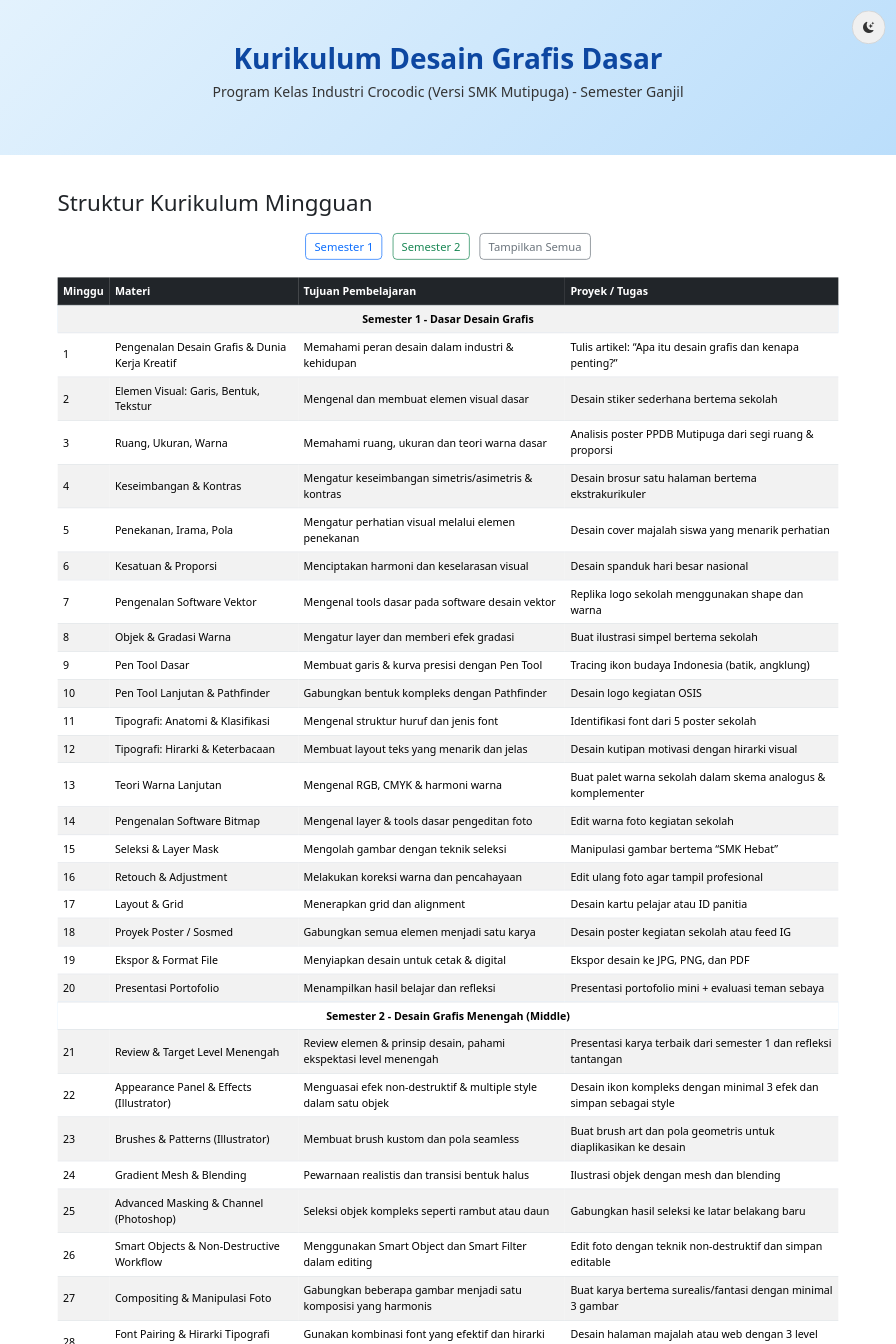
Repository: ppdbsmkmutipuga/kurikulumdesain
Page: index.html
The author's editor kept a copy of each file at every save. The page is drawn from the files as they stood at one save, then again after the next save.
The browser window is 1280 px wide. The pictures show the part of the page from y = 0 to 1920 px (the page is 2789 px tall before and 2843 px after), at 70% of full size.

Above is the page before, as saved 2025-07-01 04:40:39.

### index.html
<!DOCTYPE html>
<html lang="id">

<head>
    <meta charset="UTF-8" />
    <meta name="viewport" content="width=device-width, initial-scale=1.0" />
    <title>Kurikulum Desain Grafis - SMK Mutipuga</title>
    <link href="https://cdn.jsdelivr.net/npm/bootstrap@5.3.3/dist/css/bootstrap.min.css" rel="stylesheet" />
    <link href="https://cdnjs.cloudflare.com/ajax/libs/aos/2.3.4/aos.css" rel="stylesheet" />
    <link href="https://cdn.jsdelivr.net/npm/bootstrap-icons@1.10.5/font/bootstrap-icons.css" rel="stylesheet">
    <link rel="stylesheet" href="style.css">
    <script src="https://cdnjs.cloudflare.com/ajax/libs/html2pdf.js/0.10.1/html2pdf.bundle.min.js"></script>

</head>

<body>
    <button class="btn btn-outline-dark mode-toggle" onclick="toggleMode()">
        <i class="bi bi-moon-stars-fill"></i>
    </button>

    <!-- Hero Section -->
    <section class="hero" data-aos="fade-down">
        <div class="container">
            <h1>Kurikulum Desain Grafis Dasar</h1>
            <p class="lead">Program Kelas Industri Crocodic (Versi SMK Mutipuga) - Semester Ganjil</p>
        </div>
    </section>

    <!-- Table Section -->
    <section class="container my-5" data-aos="fade-up">
        <h2 class="section-title">Struktur Kurikulum Mingguan</h2>
        <div class="filter-buttons">
            <button class="btn btn-outline-primary" onclick="filterSemester(1)">Semester 1</button>
            <button class="btn btn-outline-success" onclick="filterSemester(2)">Semester 2</button>
            <button class="btn btn-outline-secondary" onclick="filterSemester(0)">Tampilkan Semua</button>
        </div>
        <div class="table-container">
            <div class="table-responsive">
                <table class="table table-striped table-hover align-middle mb-0" id="kurikulumTable">
                    <thead class="table-dark">
                        <tr>
                            <th scope="col">Minggu</th>
                            <th scope="col">Materi</th>
                            <th scope="col">Tujuan Pembelajaran</th>
                            <th scope="col">Proyek / Tugas</th>
                        </tr>
                    </thead>
                    <tbody>

                            <!-- Data rows akan di-load lewat JS -->
                    </tbody>
                </table>
            </div>
        </div>
    </section>

    <!-- Footer -->
    <footer>
        &copy; 2025 SMK Muhammadiyah 3 Pucang Gading | Program Kelas Industri Crocodic
    </footer>

    <!-- Scripts -->
    <script src="https://cdn.jsdelivr.net/npm/bootstrap@5.3.3/dist/js/bootstrap.bundle.min.js"></script>
    <script src="https://cdnjs.cloudflare.com/ajax/libs/aos/2.3.4/aos.js"></script>
    <script src="script.js"></script>
</body>

</html>

### style.css
/* =========================
   HERO SECTION
========================= */
.hero {
  padding: 60px 0;
  background: linear-gradient(135deg, #e3f2fd, #bbdefb);
  text-align: center;
}

.hero h1 {
  font-weight: 700;
  font-size: 2.5rem;
  color: #0d47a1;
}

.hero p {
  font-size: 1.25rem;
  color: #333;
}

body.bg-dark .hero {
  background: linear-gradient(135deg, #1e1e1e, #2c2c2c);
}

body.bg-dark .hero h1 {
  color: #90caf9;
}

body.bg-dark .hero p {
  color: #cccccc;
}

/* =========================
   FILTER BUTTONS
========================= */
.filter-buttons {
  text-align: center;
  margin: 20px 0;
}

.filter-buttons .btn {
  margin: 5px;
}

body.bg-dark .btn-outline-primary {
  color: #90caf9;
  border-color: #90caf9;
}

body.bg-dark .btn-outline-success {
  color: #81c784;
  border-color: #81c784;
}

body.bg-dark .btn-outline-secondary {
  color: #b0bec5;
  border-color: #b0bec5;
}

/* =========================
   TABLE SECTION
========================= */
.table-container {
  overflow-x: auto;
}

.table th,
.table td {
  vertical-align: middle !important;
  font-size: 0.95rem;
}

/* Baris header semester (custom row) */
.table .table-header-row {
  background-color: #cce5ff;
  font-weight: 600;
  text-align: center;
}

body.bg-dark .table .table-header-row {
  background-color: #2c3e50;
  color: #ffffff !important;
}

/* DARK MODE TABLE FIX */
body.bg-dark .table,
body.bg-dark .table td,
body.bg-dark .table th {
  color: #f1f1f1 !important;
  background-color: transparent !important;
  opacity: 1 !important;
}

body.bg-dark .table-striped tbody tr:nth-of-type(odd) {
  background-color: #2c2c2c !important;
}

body.bg-dark .table-striped tbody tr:nth-of-type(even) {
  background-color: #1a1a1a !important;
}

body.bg-dark .table-hover tbody tr:hover {
  background-color: #3a3a3a !important;
}

body.bg-dark .table thead th {
  background-color: #111 !important;
  color: #fff !important;
  border-color: #444 !important;
}

body.bg-dark .table-primary {
  background-color: #455a64 !important;
  color: #fff !important;
}

/* =========================
   FOOTER
========================= */
footer {
  padding: 20px;
  text-align: center;
  background-color: #f1f1f1;
  margin-top: 50px;
  font-size: 0.9rem;
  color: #333;
}

body.bg-dark footer {
  background-color: #1e1e1e;
  color: #e0e0e0;
}

/* =========================
   MODE TOGGLE BUTTON
========================= */
.mode-toggle {
  position: fixed;
  top: 15px;
  right: 15px;
  z-index: 1000;
  border-radius: 50%;
  width: 48px;
  height: 48px;
  display: flex;
  align-items: center;
  justify-content: center;
  background-color: #f0f0f0;
  color: #333;
  border: 1px solid #ccc;
}

/* Header tabel semester */
.table-header-row {
  background-color: #cce5ff;
  /* mode terang */
  color: #0d47a1;
}

/* Ubah header semester agar lebih gelap dan teks lebih jelas di dark mode */
body.bg-dark .table-header-row {
  background-color: #37474f;
  /* warna gelap yang elegan */
  color: #ffffff;
}

body.bg-dark .mode-toggle {
  background-color: #333;
  color: #fff;
  border: 1px solid #666;
}

/* Footer default */
footer {
  padding: 20px;
  text-align: center;
  background-color: #f1f1f1;
  margin-top: 50px;
  font-size: 0.9rem;
  color: #333;
}

/* Footer saat dark mode */
body.bg-dark footer {
  background-color: #1e1e1e;
  color: #ccc;
}


/* =========================
   RESPONSIVE
========================= */
@media (max-width: 768px) {
  .hero h1 {
    font-size: 1.8rem;
  }

  .hero p {
    font-size: 1rem;
  }

  .table th,
  .table td {
    font-size: 0.85rem;
  }
}

@media (max-width: 576px) {
  .mode-toggle {
    width: 40px;
    height: 40px;
  }

  .hero {
    padding: 40px 0;
  }
}

@media print {
  body {
    background: #fff !important;
    color: #000 !important;
  }

  .mode-toggle,
  .filter-buttons,
  footer {
    display: none !important;
  }

  .table th,
  .table td {
    font-size: 0.75rem;
  }
}

@media print {

  html,
  body {
    width: 210mm;
    height: 297mm;
    margin: 0;
    padding: 0;
    overflow: hidden;
    zoom: 0.75;
    /* Sesuaikan skala agar muat ke PDF */
  }

  .table-container {
    overflow: visible !important;
  }

  .table-responsive {
    overflow: visible !important;
  }

  table {
    table-layout: fixed;
    width: 100% !important;
    word-wrap: break-word;
  }

  .table td,
  .table th {
    font-size: 10pt !important;
    padding: 6px 8px;
    white-space: normal !important;
  }

  .filter-buttons,
  .mode-toggle,
  footer {
    display: none !important;
  }
}

### script.js
// Inisialisasi animasi AOS
AOS.init();

// Data lengkap Week 1–40
const tableData = [
    { week: 'Semester 1 - Dasar Desain Grafis', isHeader: true, semester: 1 },
    { week: 1, materi: 'Pengenalan Desain Grafis & Dunia Kerja Kreatif', tujuan: 'Memahami peran desain dalam industri & kehidupan', tugas: 'Tulis artikel: “Apa itu desain grafis dan kenapa penting?”', semester: 1 },
    { week: 2, materi: 'Elemen Visual: Garis, Bentuk, Tekstur', tujuan: 'Mengenal dan membuat elemen visual dasar', tugas: 'Desain stiker sederhana bertema sekolah', semester: 1 },
    { week: 3, materi: 'Ruang, Ukuran, Warna', tujuan: 'Memahami ruang, ukuran dan teori warna dasar', tugas: 'Analisis poster PPDB Mutipuga dari segi ruang & proporsi', semester: 1 },
    { week: 4, materi: 'Keseimbangan & Kontras', tujuan: 'Mengatur keseimbangan simetris/asimetris & kontras', tugas: 'Desain brosur satu halaman bertema ekstrakurikuler', semester: 1 },
    { week: 5, materi: 'Penekanan, Irama, Pola', tujuan: 'Mengatur perhatian visual melalui elemen penekanan', tugas: 'Desain cover majalah siswa yang menarik perhatian', semester: 1 },
    { week: 6, materi: 'Kesatuan & Proporsi', tujuan: 'Menciptakan harmoni dan keselarasan visual', tugas: 'Desain spanduk hari besar nasional', semester: 1 },
    { week: 7, materi: 'Pengenalan Software Vektor', tujuan: 'Mengenal tools dasar pada software desain vektor', tugas: 'Replika logo sekolah menggunakan shape dan warna', semester: 1 },
    { week: 8, materi: 'Objek & Gradasi Warna', tujuan: 'Mengatur layer dan memberi efek gradasi', tugas: 'Buat ilustrasi simpel bertema sekolah', semester: 1 },
    { week: 9, materi: 'Pen Tool Dasar', tujuan: 'Membuat garis & kurva presisi dengan Pen Tool', tugas: 'Tracing ikon budaya Indonesia (batik, angklung)', semester: 1 },
    { week: 10, materi: 'Pen Tool Lanjutan & Pathfinder', tujuan: 'Gabungkan bentuk kompleks dengan Pathfinder', tugas: 'Desain logo kegiatan OSIS', semester: 1 },
    { week: 11, materi: 'Tipografi: Anatomi & Klasifikasi', tujuan: 'Mengenal struktur huruf dan jenis font', tugas: 'Identifikasi font dari 5 poster sekolah', semester: 1 },
    { week: 12, materi: 'Tipografi: Hirarki & Keterbacaan', tujuan: 'Membuat layout teks yang menarik dan jelas', tugas: 'Desain kutipan motivasi dengan hirarki visual', semester: 1 },
    { week: 13, materi: 'Teori Warna Lanjutan', tujuan: 'Mengenal RGB, CMYK & harmoni warna', tugas: 'Buat palet warna sekolah dalam skema analogus & komplementer', semester: 1 },
    { week: 14, materi: 'Pengenalan Software Bitmap', tujuan: 'Mengenal layer & tools dasar pengeditan foto', tugas: 'Edit warna foto kegiatan sekolah', semester: 1 },
    { week: 15, materi: 'Seleksi & Layer Mask', tujuan: 'Mengolah gambar dengan teknik seleksi', tugas: 'Manipulasi gambar bertema “SMK Hebat”', semester: 1 },
    { week: 16, materi: 'Retouch & Adjustment', tujuan: 'Melakukan koreksi warna dan pencahayaan', tugas: 'Edit ulang foto agar tampil profesional', semester: 1 },
    { week: 17, materi: 'Layout & Grid', tujuan: 'Menerapkan grid dan alignment', tugas: 'Desain kartu pelajar atau ID panitia', semester: 1 },
    { week: 18, materi: 'Proyek Poster / Sosmed', tujuan: 'Gabungkan semua elemen menjadi satu karya', tugas: 'Desain poster kegiatan sekolah atau feed IG', semester: 1 },
    { week: 19, materi: 'Ekspor & Format File', tujuan: 'Menyiapkan desain untuk cetak & digital', tugas: 'Ekspor desain ke JPG, PNG, dan PDF', semester: 1 },
    { week: 20, materi: 'Presentasi Portofolio', tujuan: 'Menampilkan hasil belajar dan refleksi', tugas: 'Presentasi portofolio mini + evaluasi teman sebaya', semester: 1 },
    { week: 'Semester 2 - Desain Grafis Menengah (Middle)', isHeader: true, semester: 2 },
    { week: 21, materi: 'Review & Target Level Menengah', tujuan: 'Review elemen & prinsip desain, pahami ekspektasi level menengah', tugas: 'Presentasi karya terbaik dari semester 1 dan refleksi tantangan', semester: 2 },
    { week: 22, materi: 'Appearance Panel & Effects (Illustrator)', tujuan: 'Menguasai efek non-destruktif & multiple style dalam satu objek', tugas: 'Desain ikon kompleks dengan minimal 3 efek dan simpan sebagai style', semester: 2 },
    { week: 23, materi: 'Brushes & Patterns (Illustrator)', tujuan: 'Membuat brush kustom dan pola seamless', tugas: 'Buat brush art dan pola geometris untuk diaplikasikan ke desain', semester: 2 },
    { week: 24, materi: 'Gradient Mesh & Blending', tujuan: 'Pewarnaan realistis dan transisi bentuk halus', tugas: 'Ilustrasi objek dengan mesh dan blending', semester: 2 },
    { week: 25, materi: 'Advanced Masking & Channel (Photoshop)', tujuan: 'Seleksi objek kompleks seperti rambut atau daun', tugas: 'Gabungkan hasil seleksi ke latar belakang baru', semester: 2 },
    { week: 26, materi: 'Smart Objects & Non-Destructive Workflow', tujuan: 'Menggunakan Smart Object dan Smart Filter dalam editing', tugas: 'Edit foto dengan teknik non-destruktif dan simpan editable', semester: 2 },
    { week: 27, materi: 'Compositing & Manipulasi Foto', tujuan: 'Gabungkan beberapa gambar menjadi satu komposisi yang harmonis', tugas: 'Buat karya bertema surealis/fantasi dengan minimal 3 gambar', semester: 2 },
    { week: 28, materi: 'Font Pairing & Hirarki Tipografi Lanjut', tujuan: 'Gunakan kombinasi font yang efektif dan hirarki teks yang kompleks', tugas: 'Desain halaman majalah atau web dengan 3 level teks dan font pairing', semester: 2 },
    { week: 29, materi: 'Typographic Grid & Readability', tujuan: 'Menggunakan grid dan memahami keterbacaan teks panjang', tugas: 'Rancang ulang artikel agar lebih rapi dan nyaman dibaca', semester: 2 },
    { week: 30, materi: 'Psikologi Warna & Palet Kustom', tujuan: 'Pahami pengaruh warna terhadap persepsi', tugas: 'Buat 2 palet warna untuk brand fiktif, berikan justifikasi', semester: 2 },
    { week: 31, materi: 'Logo & Identitas Visual Dasar', tujuan: 'Pahami jenis-jenis logo dan elemen visual', tugas: 'Analisis logo UKM lokal dan berikan saran pengembangan', semester: 2 },
    { week: 32, materi: 'Logo Variasi & Style Guide Dasar', tujuan: 'Desain versi logo berbeda dan panduan penggunaannya', tugas: 'Buat minimal 3 versi logo + 1 halaman style guide sederhana', semester: 2 },
    { week: 33, materi: 'InDesign: Master Pages', tujuan: 'Mengenal interface dan penggunaan master page', tugas: 'Desain dokumen 4 halaman dengan elemen tetap', semester: 2 },
    { week: 34, materi: 'InDesign: Styles & Text Flow', tujuan: 'Membuat paragraph styles dan mengatur aliran teks', tugas: 'Desain artikel dummy dengan text threading dan paragraph styles', semester: 2 },
    { week: 35, materi: 'UI/UX Design Principles', tujuan: 'Memahami prinsip dasar usability dan perbedaan UI/UX', tugas: 'Analisis aplikasi populer dan evaluasi prinsip usability-nya', semester: 2 },
    { week: 36, materi: 'Desain Elemen UI Dasar', tujuan: 'Desain tombol, form, dan komponen lain dengan berbagai state', tugas: 'Buat set UI: tombol, form, card dengan tampilan konsisten', semester: 2 },
    { week: 37, materi: 'Brief, Riset & Moodboard', tujuan: 'Menganalisis brief dan membuat visual moodboard', tugas: 'Buat moodboard untuk proyek branding fiktif', semester: 2 },
    { week: 38, materi: 'Proyek Integratif', tujuan: 'Menggabungkan semua skill dalam satu proyek besar', tugas: 'Lanjutkan proyek branding/brosur/UI berdasarkan brief', semester: 2 },
    { week: 39, materi: 'Print & Web Optimization', tujuan: 'Optimalkan file desain untuk cetak dan web', tugas: 'Ekspor proyek ke versi cetak (PDF) dan digital (JPG/PNG)', semester: 2 },
    { week: 40, materi: 'Portfolio Review & Karir', tujuan: 'Review proyek akhir dan diskusi karir desain', tugas: 'Presentasikan proyek akhir + 3–5 karya untuk portofolio mini', semester: 2 },
];

const tbody = document.querySelector('#kurikulumTable tbody');

function renderTable(filter) {
    tbody.innerHTML = '';
    let hasPrintedSemester1Header = false;
    let hasPrintedSemester2Header = false;
    tableData.forEach(row => {
        if (filter === 0 || row.semester === filter || row.isHeader) {
            if (row.isHeader) {
                if ((filter === 1 && row.semester === 1 && !hasPrintedSemester1Header) ||
                    (filter === 2 && row.semester === 2 && !hasPrintedSemester2Header) ||
                    filter === 0) {
                    const tr = document.createElement('tr');
                    tr.className = 'table-header-row text-center fw-bold';
                    const td = document.createElement('td');
                    td.setAttribute('colspan', 4);
                    td.textContent = row.week;
                    tr.appendChild(td);
                    tbody.appendChild(tr);
                    if (row.semester === 1) hasPrintedSemester1Header = true;
                    if (row.semester === 2) hasPrintedSemester2Header = true;
                }
            } else {
                if (filter === 0 || row.semester === filter) {
                    const tr = document.createElement('tr');
                    tr.innerHTML = `
            <td>${row.week}</td>
            <td>${row.materi}</td>
            <td>${row.tujuan}</td>
            <td>${row.tugas}</td>
          `;
                    tbody.appendChild(tr);
                }
            }
        }
    });
}

function filterSemester(semester) {
    renderTable(semester);
}

function toggleMode() {
    document.body.classList.toggle('bg-dark');
    document.body.classList.toggle('text-white');
}

renderTable(0);


function downloadPDF() {
    const element = document.getElementById("pdf-content");
    const opt = {
        margin: 0.2,
        filename: "kurikulum-desain-grafis.pdf",
        image: { type: "jpeg", quality: 0.98 },
        html2canvas: {
            scale: 3,        // Lebih tajam
            useCORS: true,   // Jika ada gambar
            allowTaint: true
        },
        jsPDF: {
            unit: "mm",
            format: "a4",
            orientation: "portrait"
        },
        pagebreak: { mode: ['avoid-all', 'css', 'legacy'] }
    };
    html2pdf().set(opt).from(element).save();
}

After the next save:
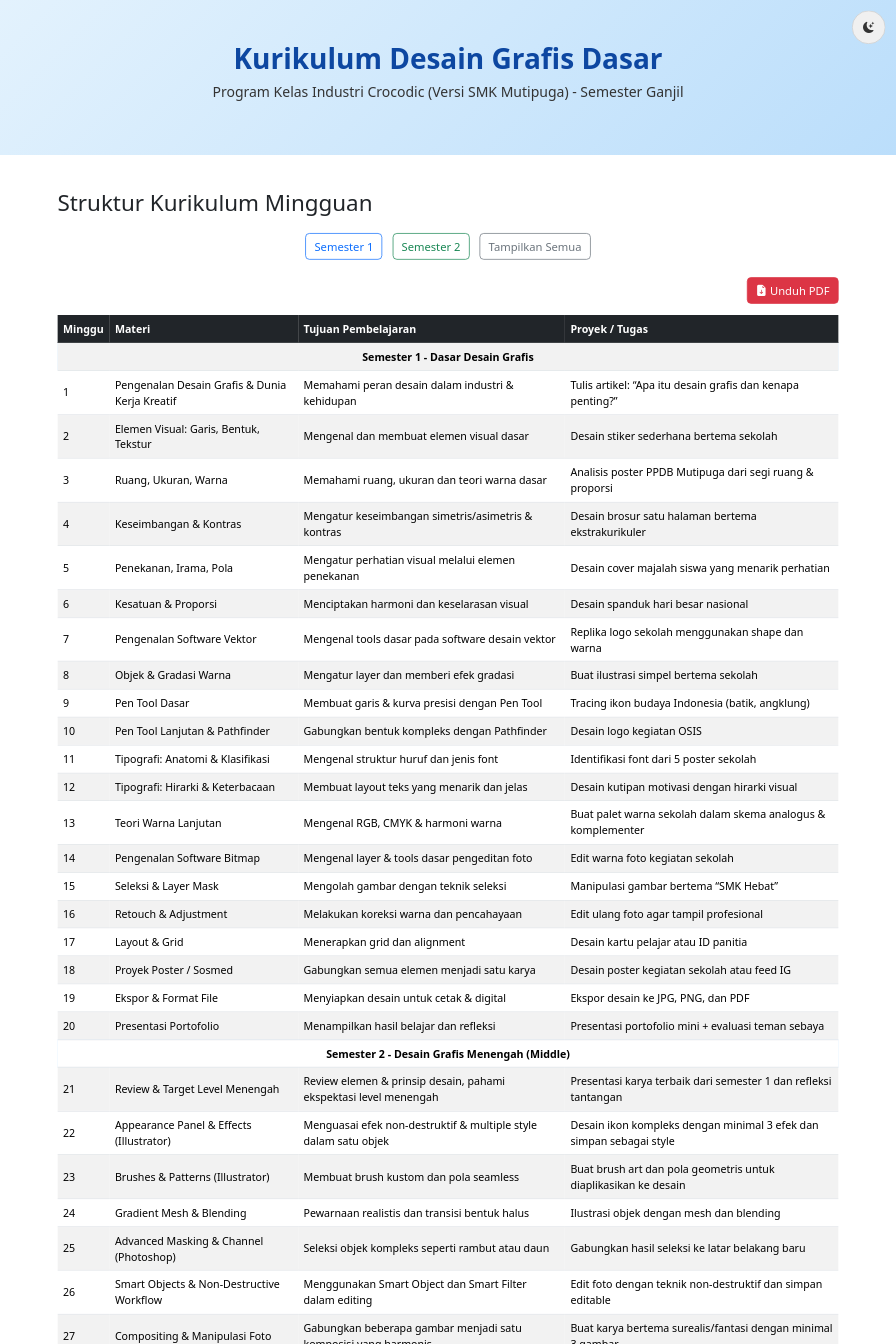
Saved 30 s later.
--- a/index.html
+++ b/index.html
@@ -34,18 +34,25 @@
             <button class="btn btn-outline-success" onclick="filterSemester(2)">Semester 2</button>
             <button class="btn btn-outline-secondary" onclick="filterSemester(0)">Tampilkan Semua</button>
         </div>
-        <div class="table-container">
-            <div class="table-responsive">
-                <table class="table table-striped table-hover align-middle mb-0" id="kurikulumTable">
-                    <thead class="table-dark">
-                        <tr>
-                            <th scope="col">Minggu</th>
-                            <th scope="col">Materi</th>
-                            <th scope="col">Tujuan Pembelajaran</th>
-                            <th scope="col">Proyek / Tugas</th>
-                        </tr>
-                    </thead>
-                    <tbody>
+        <div class="text-end my-3">
+    <button class="btn btn-danger" onclick="downloadPDF()">
+        <i class="bi bi-file-earmark-arrow-down-fill"></i> Unduh PDF
+    </button>
+</div>
+
+<div id="pdf-content">
+    <div class="table-container">
+        <div class="table-responsive">
+            <table class="table table-striped table-hover align-middle mb-0" id="kurikulumTable">
+                <thead class="table-dark">
+                    <tr>
+                        <th scope="col">Minggu</th>
+                        <th scope="col">Materi</th>
+                        <th scope="col">Tujuan Pembelajaran</th>
+                        <th scope="col">Proyek / Tugas</th>
+                    </tr>
+                </thead>
+                <tbody>
 
                             <!-- Data rows akan di-load lewat JS -->
                     </tbody>
